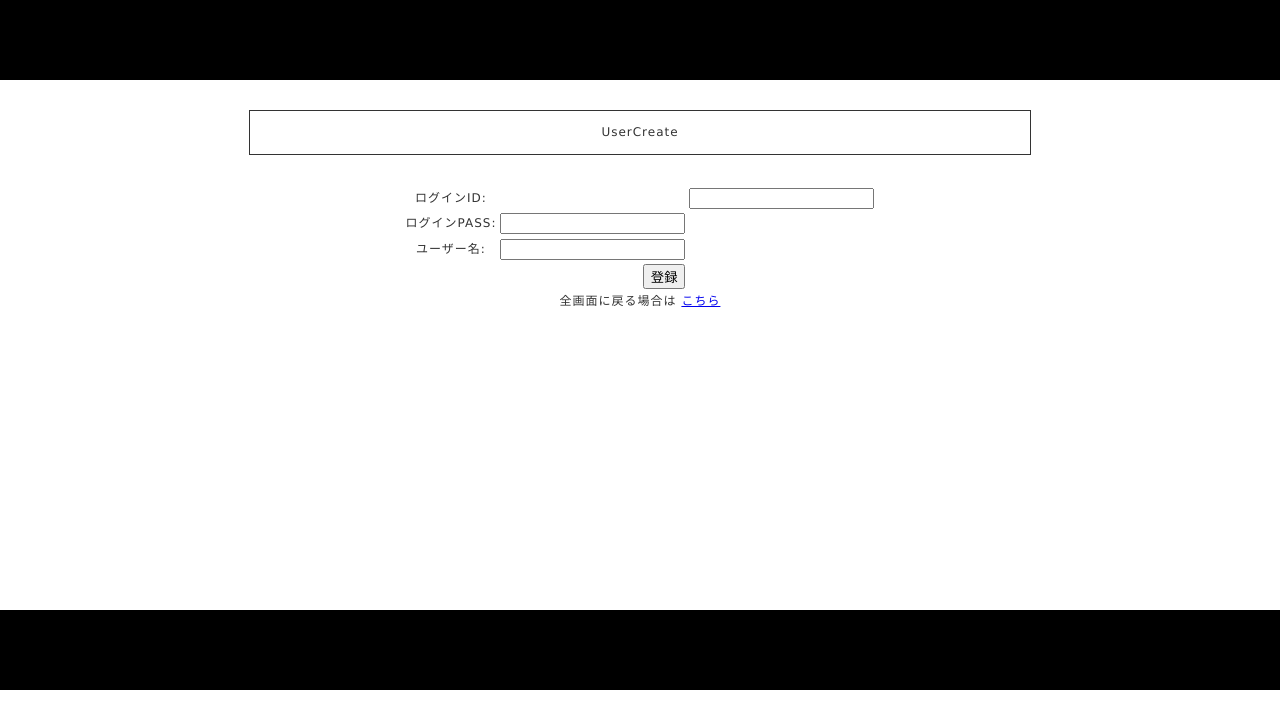
Repository: satoumtzk/test
Page: http://localhost/template/UserCreateAction.action
An editor plug-in stored every save of this project. The page is shown before and after the next save, followed by the edit.
The browser window is 1280 px wide. The pictures show the whole page.
The page is served by Tomcat 9.

Above is the page before, as saved 2019-03-20 11:38:32.

After the next save:
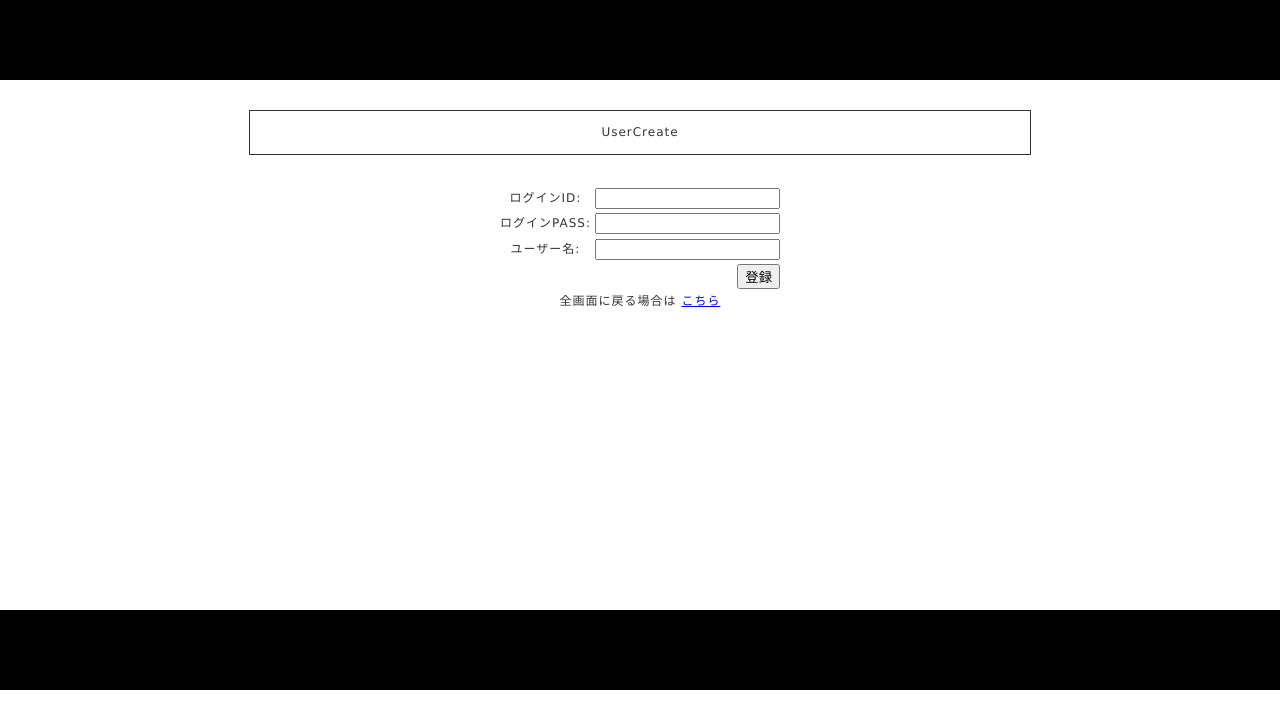
Saved 5 min 9 s later.
--- a/template/WebContent/userCreate.jsp
+++ b/template/WebContent/userCreate.jsp
@@ -76,7 +76,7 @@
 			<tr>
 				<td>
 					<label>ログインID:</label>
-				<td>
+				</td>
 				<td>
 					<input type="text" name="loginUserId" value=""/>
 				</td>
